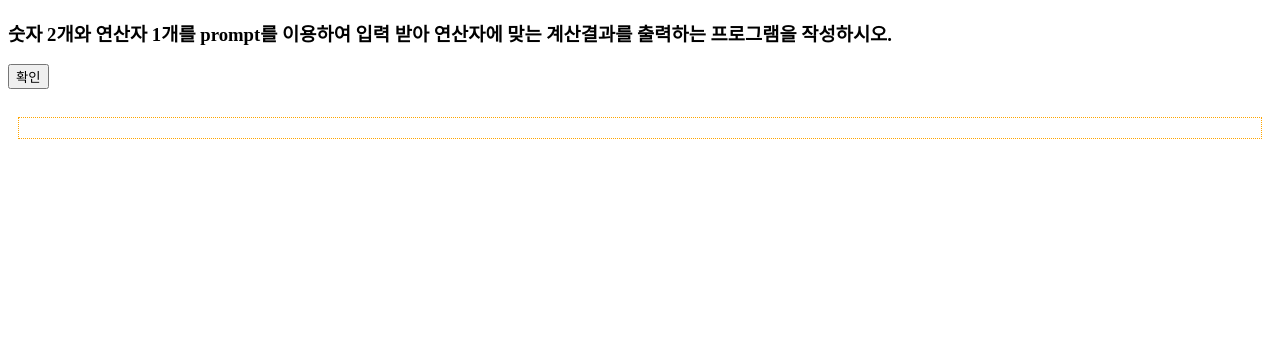
Repository: solsol7/ddit-html
Page: webpro/WebContent/0704/prompt입력2.html
These files come from the project's save history. The page is drawn as it stood at one moment and after the next save; the edit follows.
The browser window is 1280 px wide. The pictures show the whole page.

Above is the page before, as saved 2023-07-04 07:19:17.

After the next save:
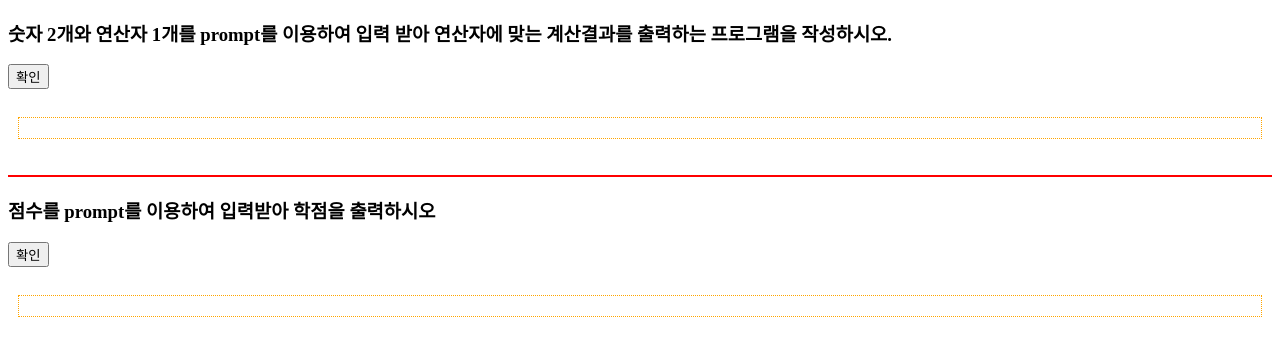
Saved 9 min 59 s later.
--- a/webpro/WebContent/0704/prompt입력2.html
+++ b/webpro/WebContent/0704/prompt입력2.html
@@ -13,6 +13,10 @@ div{
 }
 </style>
 <script>
+/*
+proc1 = function(){}
+이런 방식으로도 function 만들 수 있음
+*/
  function proc1(){
 	 //숫자1 입력
 	 su1 = parseInt(prompt("첫번째 숫자를 입력하세요"));
@@ -62,10 +66,29 @@ div{
 	 //출력 - id=result인 요소를 검색
 	 document.getElementById('result').innerHTML = res;
  }
-/*
- proc1 = function(){}
- 이런 방식으로도 function 만들 수 있음
-*/
+
+proc2 = function(){
+	//점수 입력
+	score = prompt("점수를 입력하세요.");
+	//점수 비교 - if
+	if(score>=90){		//90이상
+		res = "A학점"
+	}else if(score>=80){			//80이상 ~ 90미만
+		res = "B학점"
+	}else if(score>=70){			//70이상 ~ 80미만
+		res = "C학점"
+	}else if(score>=60){			//60이상 ~ 70미만
+		res = "D학점"
+	}else{				//60미만
+		res = "F학점"
+	}
+
+	//출력내용 점수 : 99  결과 : A학점
+	res = `점수 : ${score}  결과 : ${res}`;
+
+	//출력
+	document.getElementById('result2').innerHTML = res;
+}
 </script>
 </head>
 <body>
@@ -73,5 +96,13 @@ div{
 <input type="button" value="확인" onclick="proc1()">
 <br><br>
 <div id="result"></div>
+<br>
+<hr color='red'>
+
+
+<h3>점수를 prompt를 이용하여 입력받아 학점을 출력하시오<br></h3>
+<input type="button" value="확인" onclick="proc2()">
+<br><br>
+<div id="result2"></div>
 </body>
 </html>
